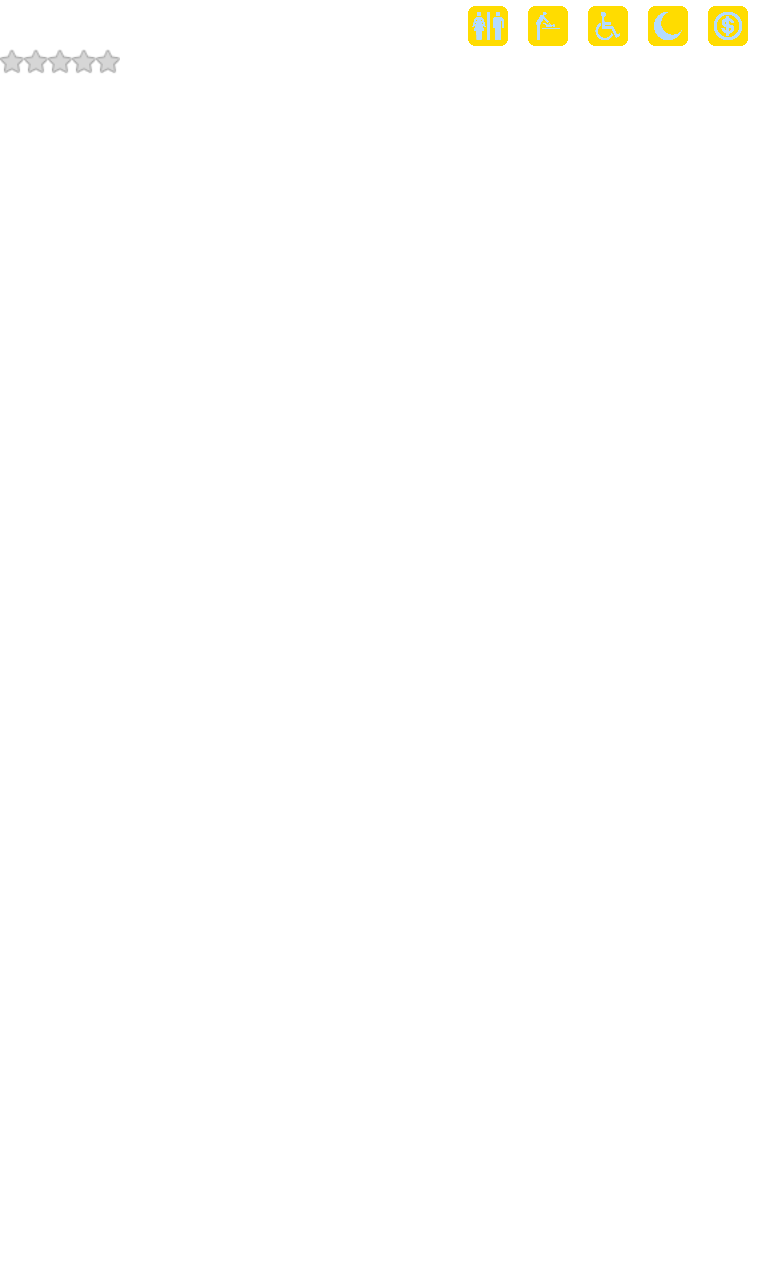
Repository: asocha/toilettalk
Layout: Android/workspace/ToiletTalk/res/layout/google_maps_marker.xml
The author's editor kept a copy of each file at every save. The layout is drawn from the files as they stood at one save, then again after the next save.
It is drawn on a 768 x 1280 px phone screen (xhdpi) without system bars, with theme AppTheme; the app's code is not run.

Above is the layout before, as saved 2013-04-28 21:56:29.

After the next save:
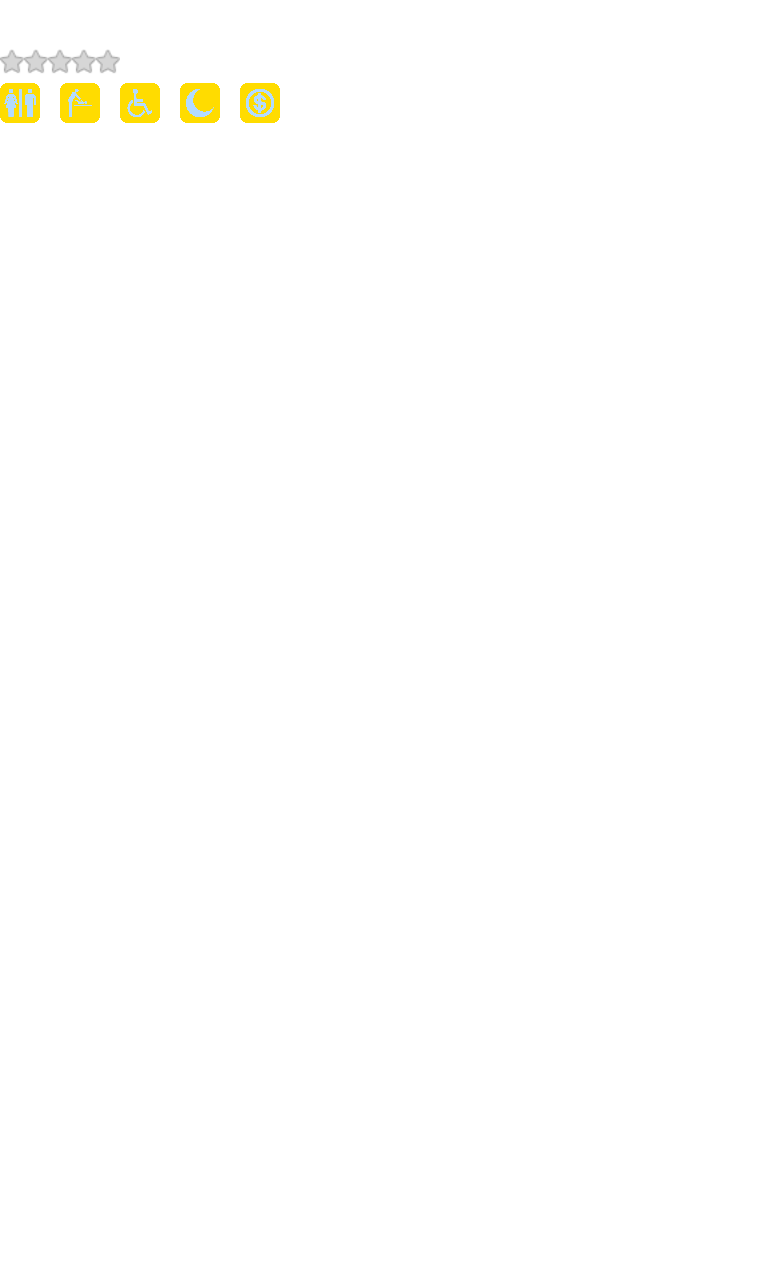
Saved 76 s later.
--- a/Android/workspace/ToiletTalk/res/layout/google_maps_marker.xml
+++ b/Android/workspace/ToiletTalk/res/layout/google_maps_marker.xml
@@ -37,8 +37,7 @@
         android:layout_width="wrap_content"
         android:layout_marginTop="3dp"
         android:layout_height="@dimen/icons_size"
-        android:layout_alignParentTop="true"
-        android:layout_alignParentRight="true" >
+        android:layout_below="@+id/marker_content" >
 
         <ToggleButton
             android:id="@+id/button_unisex"
